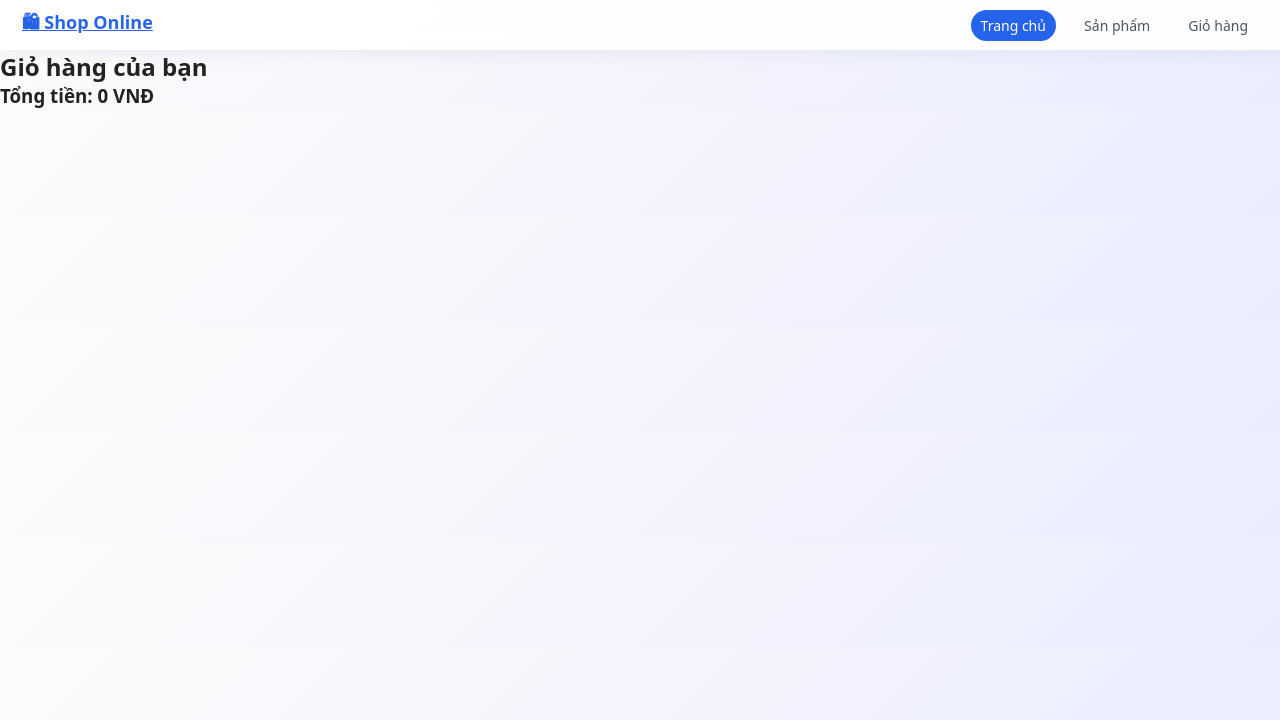
Repository: sapiens04/myshop_feuser
Page: cart.html
The author's editor kept a copy of each file at every save. The page is drawn from the files as they stood at one save, then again after the next save.
The browser window is 1280 px wide. The pictures show the whole page.

Above is the page before, as saved 2025-11-18 18:09:17.

After the next save:
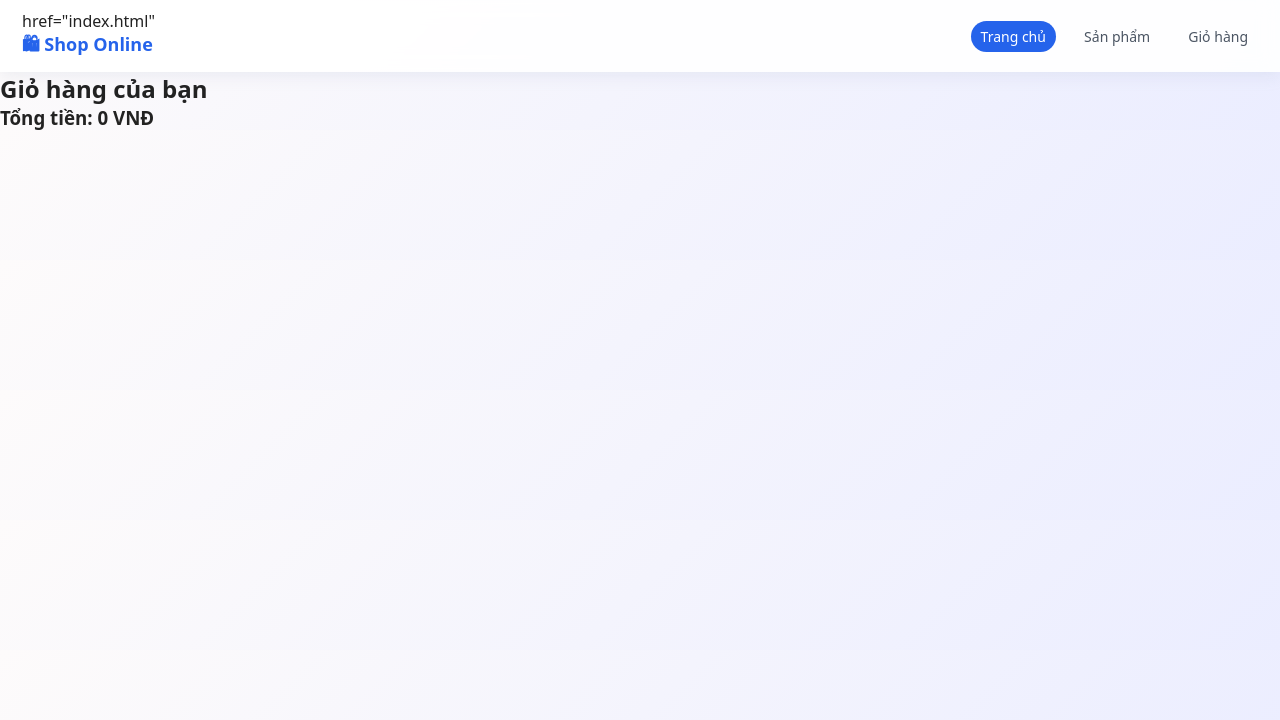
Saved 5 min 57 s later.
--- a/cart.html
+++ b/cart.html
@@ -8,7 +8,7 @@
 <body>
 
 <header class="navbar">
-    <a href="index.html"
+    <a> href="index.html"
     <div class="logo">🛍 Shop Online</div>
 </a>
      <nav>

After the save that followed:
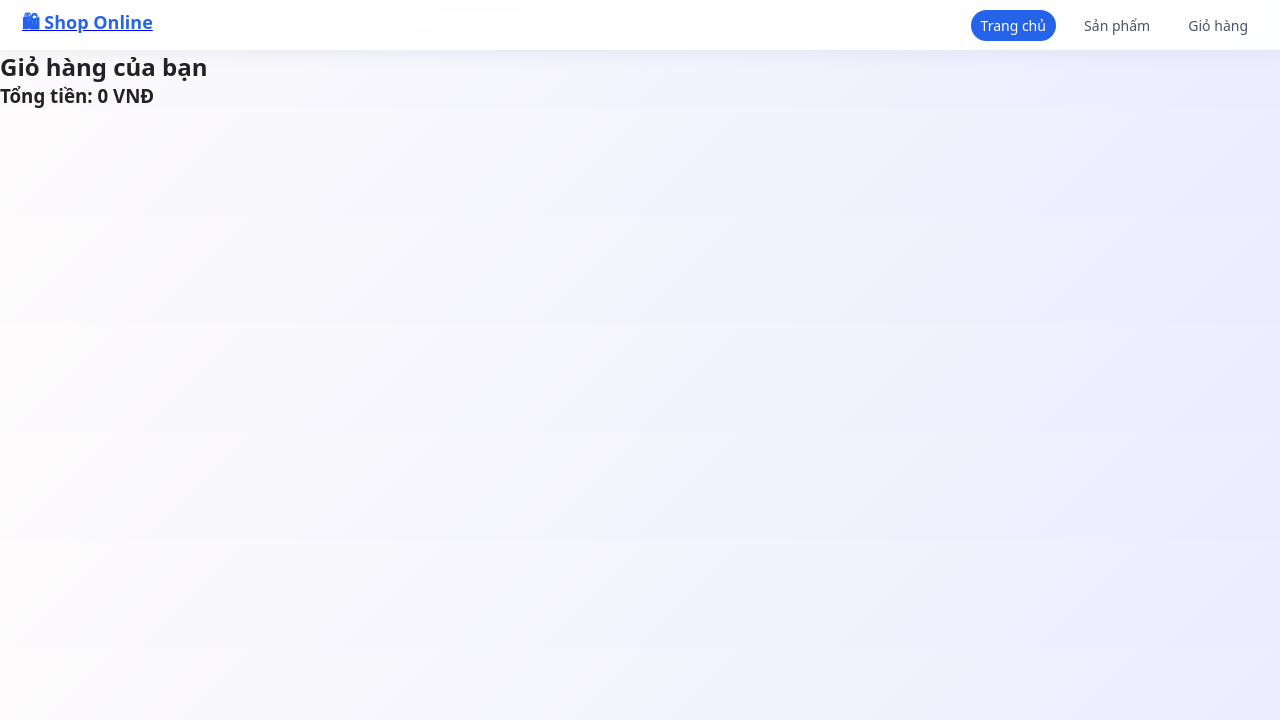
Saved 30 s later.
--- a/cart.html
+++ b/cart.html
@@ -8,7 +8,7 @@
 <body>
 
 <header class="navbar">
-    <a> href="index.html"
+    <a href="index.html">
     <div class="logo">🛍 Shop Online</div>
 </a>
      <nav>
